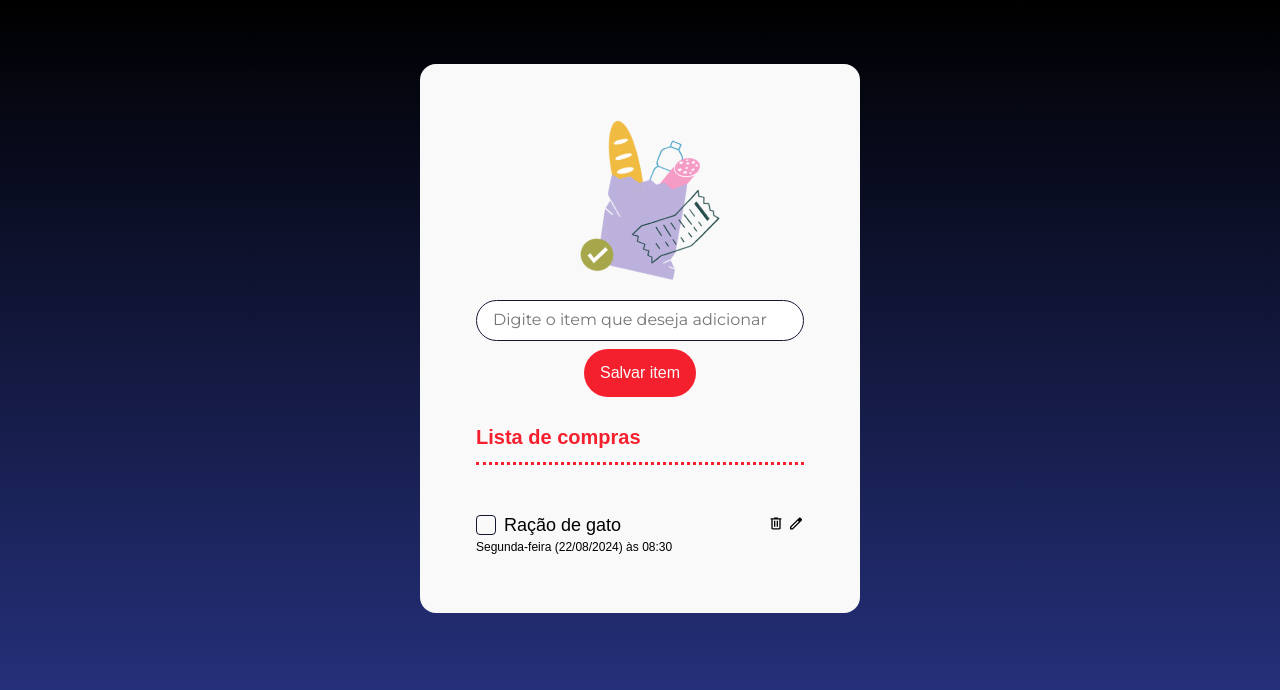
Repository: joaoPraiaJunior/compras_js
Page: index.html
These files come from the project's save history. The page is drawn as it stood at one moment and after the next save; the edit follows.
The browser window is 1280 px wide. The pictures show the whole page.
Some web fonts or font styles are not loaded; a fallback is used.

Above is the page before, as saved 2024-08-22 22:46:01.

### index.html
<!DOCTYPE html>
<html lang="pt-BR" dir="ltr">

<head>
    <meta charset="UTF-8">
    <meta name="viewport" content="width=device-width, initial-scale=1.0">
    <meta name="description" content="Lista de compras">
    <title>Lista de Compras</title>
    <link rel="preconnect" href="https://fonts.googleapis.com">
    <link rel="preconnect" href="https://fonts.gstatic.com" crossorigin>
    <link href="https://fonts.googleapis.com/css2?family=Krona+One&family=Montserrat&family=Numans&display=swap" rel="stylesheet">
    <link rel="stylesheet" href="./css/styles.css">
</head>

<body>
    <header>
        <img src="./img/bag.png" alt="sacola de compras">
    </header>
    <main>
        <form class="compras">
            <input class="compras__campo" type="text" name="compra" placeholder="Digite o item que deseja adicionar">
            <button class="compras__botao">Salvar item</button>
        </form>
        <h1>Lista de compras</h1>
        <hr>

        <ul class="lista">
            <li class="lista__item">
                <div class="lista__container">
                    <div class="lista__compra">

                        <label class="checkbox" for="racao_de_gato">
                            <input class="checkbox__input" type="checkbox" name="produto" id="racao_de_gato">
                            Ração de gato
                            <span class="checkbox__customizado checked"></span>
                        </label>
                    </div>
                    <div class="botao">
                        <button class="botao__excluir"><img src="./img/delete.svg" alt="Deletar"></button>
                        <button class="botao__editar"><img src="./img/edit.svg" alt="Editar"></button>
                    </div>
                </div>
                <p class="lista__data">Segunda-feira (<time datetime="2024-08-22">22/08/2024</time>) às <time>08:30</time></p>
            </li>
        </ul>
    </main>
</body>

</html>

### css/styles.css
* {
    box-sizing: border-box;
    margin: 0;
    padding: 0;
}

html {
    font-size: 62.5%;
}

:root {
    --cor-primaria: #f5202e;
    --cor-secundaria: #C2373F;
    --neutro: #F9F9F9;
    --preto: #131730;
    --fonte-titulo: "Krona One", sans-serif;
    --fonte-texto: 'Numans', sans-serif;
    --degrade-azul: linear-gradient(180deg, #000000 0%, #26327F 100%);
}

body {
    display: flex;
    flex-direction: column;
    align-items: center;
    background: var(--degrade-azul);
    background-repeat: no-repeat;
    font-size: 1.6rem;
    height: 100vh;
}

header {
    text-align: center;
    margin-top: 6.4rem;
    background-color: var(--neutro);
    border-radius: 1.6rem 1.6rem 0 0;
    padding: 5.6rem 5.6rem 1.6rem 5.6rem;
    width: 44.0rem;

}

main {
    display: flex;
    flex-direction: column;
    align-items: center;
    gap: 2.4rem;
    background-color: var(--neutro);
    border-radius: 0 0 1.6rem 1.6rem;
    padding: 0 5.6rem 5.6rem 5.6rem;
    width: 44.0rem;
}

h1 {
    align-self: flex-start;
    font-family: var(--fonte-titulo);
    font-size: 2.0rem;
    color: var(--cor-primaria);
    line-height: 3.3rem;
}

hr {
    border: none;
    border-bottom: .3rem dotted var(--cor-primaria);
    margin-bottom: 2.4rem;
    width: 100%;
}

hr:empty {
    margin-top: calc(1.6rem * -1);
}

p, label {
    font-family: var(--fonte-texto);
    font-size: 1.8rem;
    font-weight: 400;
    text-align: left;
    line-height: 2.4rem;
}


.compras {
    display: flex;
    flex-direction: column;
    gap: .8rem;
    width: 100%;
}

.compras__campo {
    border: .1rem solid var(--preto);
    border-radius: 2.4rem;
    padding: 1.2rem 1.6rem;
}

.compras__campo::placeholder {
    font-family: "Montserrat", sans-serif;
    font-size: 1.6rem;
    line-height: 1.9rem;
}

.compras__botao {
    align-self: center;
    font-family: var(--fonte-texto);
    font-size: 1.6rem;
    line-height: 2.4rem;
    color: var(--neutro);
    background-color: var(--cor-primaria);
    border: none;
    border-radius: 2.4rem;
    padding: 1.2rem 1.6rem;
    cursor: pointer;
}

.lista {
    list-style: none;
    width: 100%;
}

.lista__container {
    display: flex;
    align-items: center;
    justify-content: space-between;
}

.lista__compra {
    display: flex;
    align-items: center;
}

.lista__etiqueta {
    cursor: pointer;
}

.lista__data {
    font-size: 1.2rem;
    line-height: 2.0rem;
}

.checkbox {
    display: flex;
    align-items: center;
    flex-direction: row-reverse;
    cursor: pointer;
}
.checkbox__input {
    opacity: 0;
    width: 0;
    height: 0;
}

.checkbox__customizado {
    background-color: var(--neutro);
    margin-right: .8rem;
    border: .1rem solid var(--preto);
    border-radius: .4rem;
    width: 2.0rem;
    height: 2.0rem;
    cursor: pointer
}

.checkbox__input:checked ~ .checked {
    position: relative;
    background-color: var(--preto);
}

.checked::before {
    content: "";
    position: absolute;
    top: -10%;
    left: 30%;
    width: .5rem;
    height: 1.4rem;
    border-top: .2rem solid var(--neutro);
    border-left: .2rem solid var(--neutro);
    transform: rotate(-140deg);
}

.botao__excluir, .botao__editar {
    background-color: transparent;
    border: none
}

After the next save:
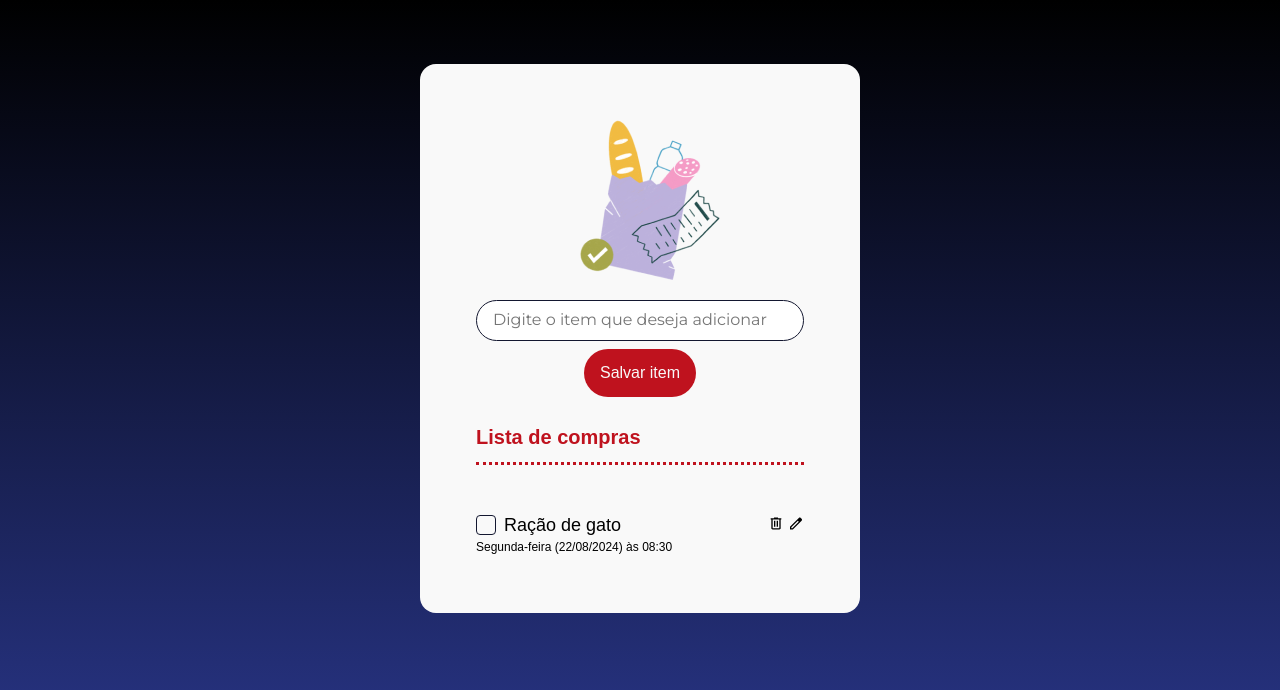
Saved 30 s later.
--- a/css/styles.css
+++ b/css/styles.css
@@ -9,7 +9,7 @@ html {
 }
 
 :root {
-    --cor-primaria: #f5202e;
+    --cor-primaria: #bf121e;
     --cor-secundaria: #C2373F;
     --neutro: #F9F9F9;
     --preto: #131730;
